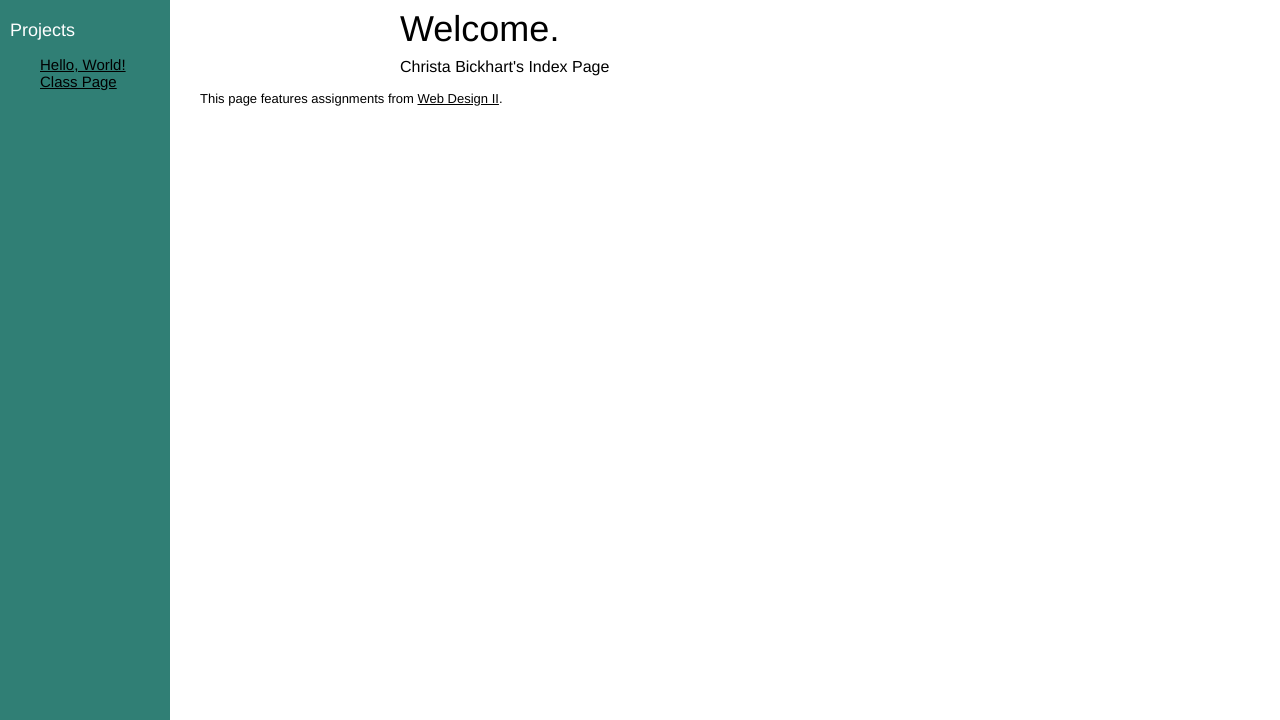
Repository: cbickhar/cbickhar.github.io
Page: index.html
The author's editor kept a record of every edit. The page is drawn from the files as they stood at one moment, then again after the next edit.
The browser window is 1280 px wide. The pictures show the whole page.

Above is the page before.

### index.html
<html>
    <head>
        <title>Christa Bickhart - Index Page</title>
        <link href="styles.css" rel="stylesheet" type="text/css">
    </head>
        <div class= "header">Welcome.</div>
        <div class="subhead">Christa Bickhart's Index Page</div>
        <br>
    <body>
        This page features assignments from <a href="http://www.web2.ga">Web Design II</a>.
    </body>
    <div class = "sidebar">
        <div class = "sidebarhead">Projects</div>
        <ol>
            <li> <a href="project_1/project_1.html">Hello, World!</a></li>
            <li> <a href="project_2/index.html">Class Page</a></li>
        </ol>
        </div>
</html>

### styles.css
body {
    background-color: #fff;
    font-size: 13px;
    font-family: avenir, helvetica, sans-serif;
    color: black;
    text-align: left;
    width: 400px;
    margin-left: 200px;
}

a {
    color: black;
    text-decoration: underline;
}

h5 {
    font-family: avenir, helvetica, sans-serif;
    font-size: 18px;
    font-style: normal;
}

a:hover {
    color: white;
}

.header {
    font-family: avenir, helvetica, sans-serif;
    height: 40px;
    width: 400px;
    font-size: 36px;
    margin-left: 200px;
    margin-bottom: 10px;
}

.subhead {
    font-family: avenir, helvetica, sans-serif;
    font-size: 16px;
    margin-left: 200px;
    width: 400px;
}

.sidebar {
    font-family: avenir, helvetica, sans-serif;
	font-size: 15px;
	position: fixed;
	background-color: #307f75;
	color: white;
	width: 170px;
	height: 100%;
	top: 0px;
	left: 0px;
	margin-left: 0;
	text-align: left;
	margin: 0 auto;
}

.sidebarhead {
    font-size: 18px;
    margin-top: 20px;
    margin-left: 10px;
}

ol {
    list-style-type: none;
    text-align: left;
    width: 100;
}

After the next edit:
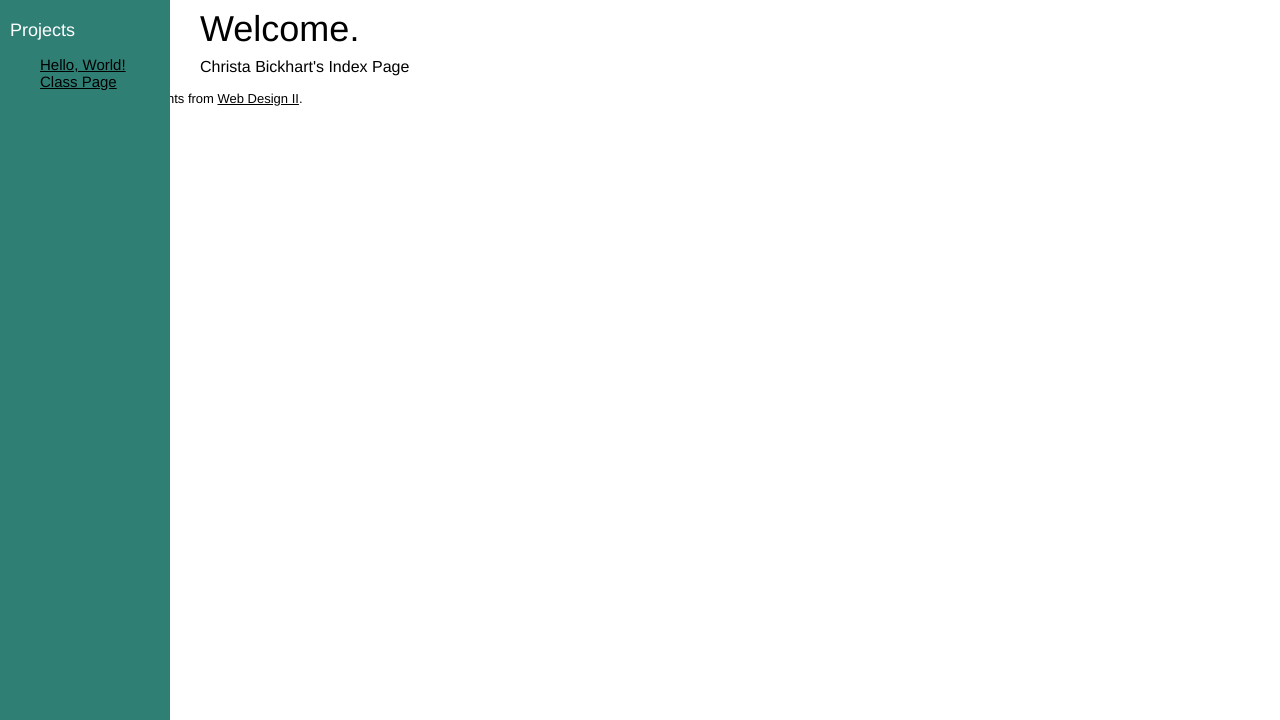
The edit:
--- a/styles.css
+++ b/styles.css
@@ -5,7 +5,7 @@
     color: black;
     text-align: left;
     width: 400px;
-    margin-left: 200px;
+    margin-left: 0px;
 }
 
 a {
